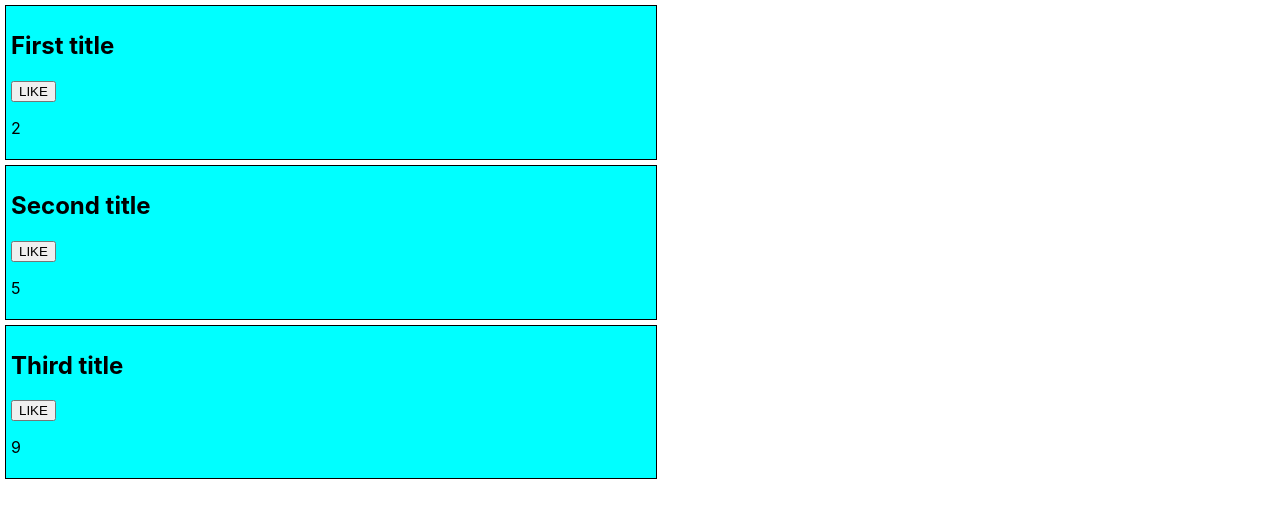
Repository: asapvtec98/egzamin
Page: /
An editor plug-in stored every save of this project. The page is shown before and after the next save, followed by the edit.
The browser window is 1280 px wide. The pictures show the whole page.
The project was rebuilt for these pictures with package versions that can differ from the ones it lists, and the page was loaded fresh each time.

Above is the page before, as saved 2023-11-14 09:40:49.

After the next save:
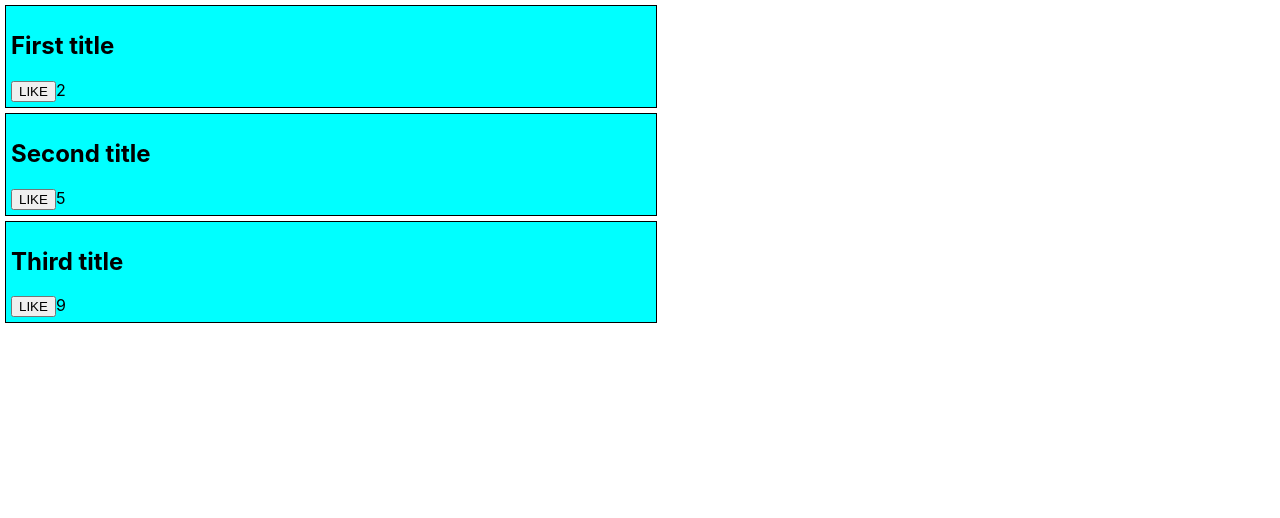
Saved 10 s later.
--- a/src/components/Comment.js
+++ b/src/components/Comment.js
@@ -21,12 +21,12 @@ function Komentarz(props) {
     return(
         <div className="comment">
             <h2>{props.title}</h2>
-            <div className="inline">
-                <button type="button" onClick={() => {
+            <div >
+                <button className="inline" type="button" onClick={() => {
                     setShow(!show)
                     handleLikes();
                 }}>{show === true ? 'LIKE' : 'DISLIKE'}</button>
-                <p>{count}</p>
+                <p className="inline">{count}</p>
             </div>
         </div>
     )

After the save that followed:
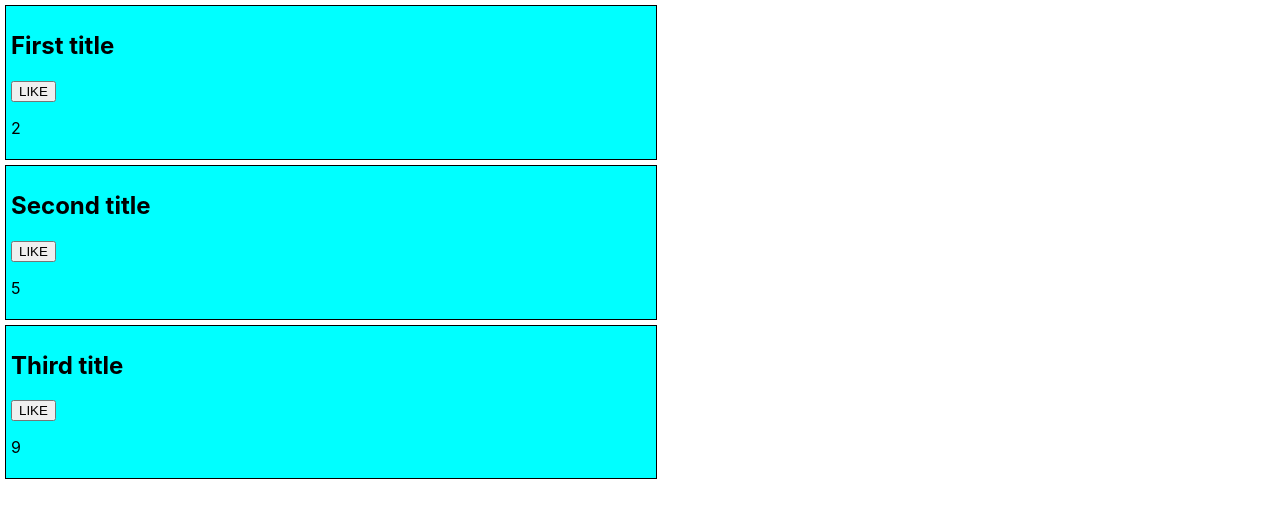
Saved 19 s later.
--- a/src/components/Comment.css
+++ b/src/components/Comment.css
@@ -7,7 +7,7 @@
 }
 
 .inline {
-    display: inline;
+
     justify-content: center;
     align-items: center;
 }
